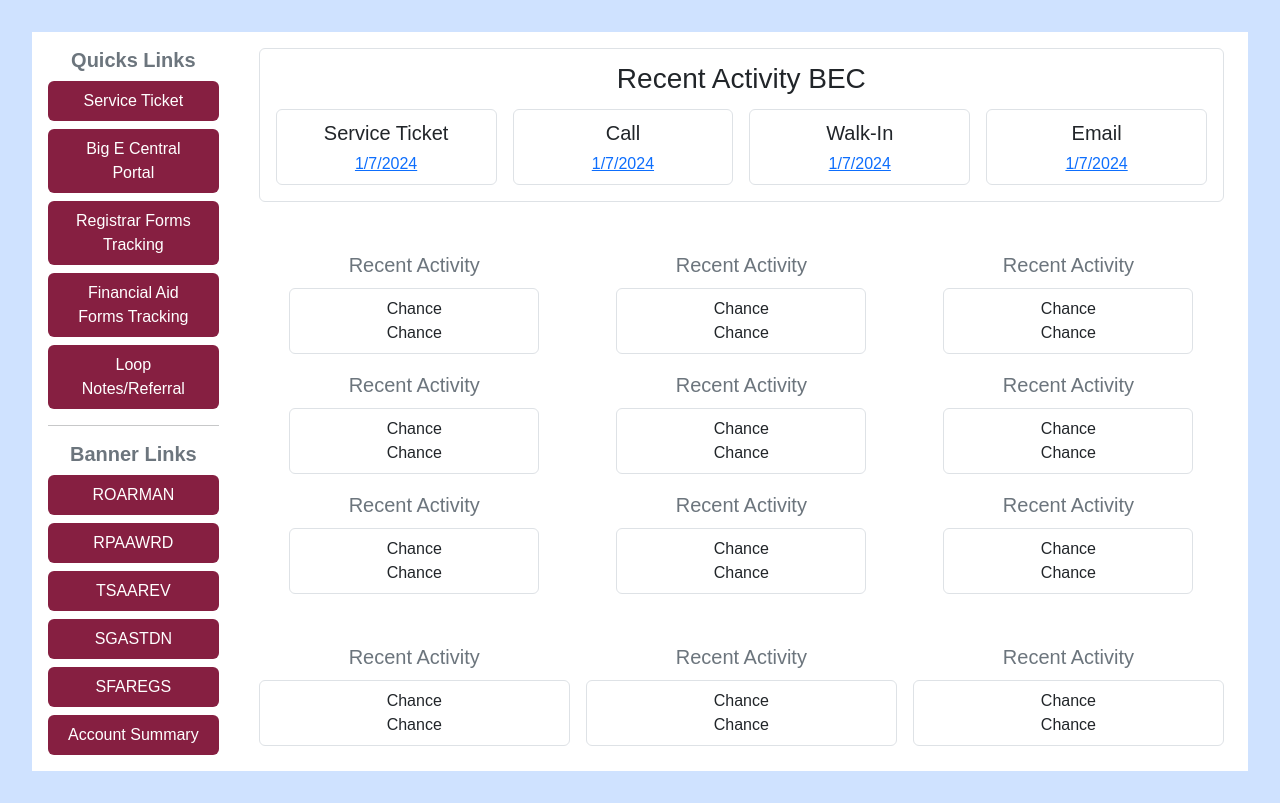
Repository: chancellor-w-whitaker/bec-tab
Page: /
The author's editor kept a copy of each file at every save. The page is drawn from the files as they stood at one save, then again after the next save.
The browser window is 1280 px wide. The pictures show the whole page.
Some web fonts or font styles are not loaded; a fallback is used. The project was rebuilt for these pictures with package versions that can differ from the ones it lists, and the page was loaded fresh each time. Also part of the build but not shown: vite.config.js.

Above is the page before, as saved 2024-01-07 18:40:19.

### src/main.jsx
// Bootstrap Bundle JS
import "bootstrap/dist/js/bootstrap.bundle.min";
// Bootstrap CSS
import "bootstrap/dist/css/bootstrap.min.css";
import ReactDOM from "react-dom/client";
import React from "react";

import App from "./App.jsx";
import "./index.css";

ReactDOM.createRoot(document.getElementById("root")).render(
  <React.StrictMode>
    <App />
  </React.StrictMode>
);

### src/App.jsx
import { useEffect } from "react";

import "./App.css";

const genericSentences = [
  `It is a long established fact that a reader will be distracted by the readable content of a page when looking at its layout.`,
  `The point of using Lorem Ipsum is that it has a more-or-less normal distribution of letters, as opposed to using 'Content here, content here', making it look like readable English.`,
  `Many desktop publishing packages and web page editors now use Lorem Ipsum as their default model text, and a search for 'lorem ipsum' will uncover many web sites still in their infancy.`,
  `Various versions have evolved over the years, sometimes by accident, sometimes on purpose (injected humour and the like).`,
];

const SomeBlock = ({
  paragraph = genericSentences.slice(0, 1).map((sen) => sen),
  title = "Chancellor",
  href = "",
}) => {
  return (
    <div className="border rounded p-2 d-flex flex-column gap-1 col">
      <div className="fs-5">{title}</div>
      <a className="mb-0" href="">
        {paragraph}
      </a>
    </div>
  );
};

const useBodyBgVariant = (bgVariant = "body-tertiary") => {
  useEffect(() => {
    document.body.classList.add(`bg-${bgVariant}`);

    return () => {
      document.body.classList.remove(`bg-${bgVariant}`);
    };
  }, [bgVariant]);
};

const Card = ({
  children = (
    <>
      <div>Chance</div>
      <div>Chance</div>
    </>
  ),
  title = "Recent Activity",
  width = 250,
}) => {
  return (
    <>
      <div className="d-flex flex-column gap-2 text-center" style={{ width }}>
        <div className="fs-5 text-secondary fw-medium">{title}</div>
        <div className="p-2 border rounded bg-white">{children}</div>
      </div>
    </>
  );
};

const NavItem = ({ href = "https://www.eku.edu/", ...rest }) => {
  return (
    <li className="nav-item">
      <a
        style={{ backgroundColor: "#861f41" }}
        className="nav-link active"
        aria-current="page"
        rel="noreferrer"
        target="_blank"
        href={href}
        {...rest}
      ></a>
    </li>
  );
};

const Sidebar = () => {
  return (
    <>
      <div className="sidebar col-md-3 col-lg-2 p-3 bg-white">
        <div className="d-flex flex-column text-center">
          <div className="fs-5 mb-2 lh-sm fw-semibold text-secondary">
            Quicks Links
          </div>
          <ul className="nav nav-pills flex-column gap-2">
            <NavItem>Service Ticket</NavItem>
            <NavItem>Big E Central Portal</NavItem>
            <NavItem>Registrar Forms Tracking</NavItem>
            <NavItem>Financial Aid Forms Tracking</NavItem>
            <NavItem>Loop Notes/Referral</NavItem>
          </ul>
        </div>
        <hr></hr>
        <div className="d-flex flex-column text-center">
          <div className="fs-5 mb-2 lh-sm fw-semibold text-secondary">
            Banner Links
          </div>
          <ul className="nav nav-pills flex-column gap-2">
            <NavItem>ROARMAN</NavItem>
            <NavItem>RPAAWRD</NavItem>
            <NavItem>TSAAREV</NavItem>
            <NavItem>SGASTDN</NavItem>
            <NavItem>SFAREGS</NavItem>
            <NavItem>Account Summary</NavItem>
          </ul>
        </div>
      </div>
    </>
  );
};

const Main = () => {
  return (
    <>
      <div className="col-md-9 ms-sm-auto col-lg-10 px-md-4 py-3 bg-white">
        <div className="d-flex flex-column gap-5">
          {/* <div className="text-bg-light p-2"></div> */}
          {/* <Card width={"auto"}></Card> */}
          <div className="rounded border text-center p-3 d-flex flex-column gap-3">
            <div className="fs-3 lh-1">Recent Activity BEC</div>
            <div className="d-flex gap-3 flex-wrap">
              <SomeBlock
                title={"Service Ticket"}
                paragraph={"1/7/2024"}
              ></SomeBlock>
              <SomeBlock paragraph={"1/7/2024"} title={"Call"}></SomeBlock>
              <SomeBlock paragraph={"1/7/2024"} title={"Walk-In"}></SomeBlock>
              <SomeBlock paragraph={"1/7/2024"} title={"Email"}></SomeBlock>
            </div>
          </div>
          <div className="d-flex flex-row flex-wrap justify-content-around gap-3">
            <Card></Card>
            <Card></Card>
            <Card></Card>
            <Card></Card>
            <Card></Card>
            <Card></Card>
            <Card></Card>
            <Card></Card>
            <Card></Card>
          </div>
          <div className="d-flex flex-row gap-3">
            <Card width="100%"></Card>
            <Card width="100%"></Card>
            <Card width="100%"></Card>
          </div>
        </div>
      </div>
    </>
  );
};

const App = () => {
  useBodyBgVariant("primary-subtle");

  return (
    <div className="container-fluid">
      <div className="row">
        <Sidebar></Sidebar>
        <Main></Main>
      </div>
    </div>
  );
};

export default App;

### src/index.css
@font-face {
  font-family: poppins;
  font-style: normal;
  font-weight: 400;
  src: local("Poppins"),
    url(https://fonts.cdnfonts.com/s/16009/Poppins-Regular.woff) format("woff");
}
@font-face {
  font-family: poppins;
  font-style: normal;
  font-weight: 400;
  src: local("Poppins"),
    url(https://fonts.cdnfonts.com/s/16009/Poppins-Regular.woff) format("woff");
}
@font-face {
  font-family: poppins;
  font-style: italic;
  font-weight: 400;
  src: local("Poppins"),
    url(https://fonts.cdnfonts.com/s/16009/Poppins-Italic.woff) format("woff");
}
@font-face {
  font-family: poppins;
  font-style: italic;
  font-weight: 400;
  src: local("Poppins"),
    url(https://fonts.cdnfonts.com/s/16009/Poppins-Italic.woff) format("woff");
}
@font-face {
  font-family: poppins;
  font-style: normal;
  font-weight: 250;
  src: local("Poppins"),
    url(https://fonts.cdnfonts.com/s/16009/Poppins-Thin.woff) format("woff");
}
@font-face {
  font-family: poppins;
  font-style: normal;
  font-weight: 250;
  src: local("Poppins"),
    url(https://fonts.cdnfonts.com/s/16009/Poppins-Thin.woff) format("woff");
}
@font-face {
  font-family: poppins;
  font-style: italic;
  font-weight: 250;
  src: local("Poppins"),
    url(https://fonts.cdnfonts.com/s/16009/Poppins-ThinItalic.woff)
      format("woff");
}
@font-face {
  font-family: poppins;
  font-style: italic;
  font-weight: 250;
  src: local("Poppins"),
    url(https://fonts.cdnfonts.com/s/16009/Poppins-ThinItalic.woff)
      format("woff");
}
@font-face {
  font-family: poppins;
  font-style: normal;
  font-weight: 275;
  src: local("Poppins"),
    url(https://fonts.cdnfonts.com/s/16009/Poppins-ExtraLight.woff)
      format("woff");
}
@font-face {
  font-family: poppins;
  font-style: normal;
  font-weight: 275;
  src: local("Poppins"),
    url(https://fonts.cdnfonts.com/s/16009/Poppins-ExtraLight.woff)
      format("woff");
}
@font-face {
  font-family: poppins;
  font-style: italic;
  font-weight: 275;
  src: local("Poppins"),
    url(https://fonts.cdnfonts.com/s/16009/Poppins-ExtraLightItalic.woff)
      format("woff");
}
@font-face {
  font-family: poppins;
  font-style: italic;
  font-weight: 275;
  src: local("Poppins"),
    url(https://fonts.cdnfonts.com/s/16009/Poppins-ExtraLightItalic.woff)
      format("woff");
}
@font-face {
  font-family: poppins;
  font-style: normal;
  font-weight: 300;
  src: local("Poppins"),
    url(https://fonts.cdnfonts.com/s/16009/Poppins-Light.woff) format("woff");
}
@font-face {
  font-family: poppins;
  font-style: normal;
  font-weight: 300;
  src: local("Poppins"),
    url(https://fonts.cdnfonts.com/s/16009/Poppins-Light.woff) format("woff");
}
@font-face {
  font-family: poppins;
  font-style: italic;
  font-weight: 300;
  src: local("Poppins"),
    url(https://fonts.cdnfonts.com/s/16009/Poppins-LightItalic.woff)
      format("woff");
}
@font-face {
  font-family: poppins;
  font-style: italic;
  font-weight: 300;
  src: local("Poppins"),
    url(https://fonts.cdnfonts.com/s/16009/Poppins-LightItalic.woff)
      format("woff");
}
@font-face {
  font-family: poppins;
  font-style: normal;
  font-weight: 500;
  src: local("Poppins"),
    url(https://fonts.cdnfonts.com/s/16009/Poppins-Medium.woff) format("woff");
}
@font-face {
  font-family: poppins;
  font-style: normal;
  font-weight: 500;
  src: local("Poppins"),
    url(https://fonts.cdnfonts.com/s/16009/Poppins-Medium.woff) format("woff");
}
@font-face {
  font-family: poppins;
  font-style: italic;
  font-weight: 500;
  src: local("Poppins"),
    url(https://fonts.cdnfonts.com/s/16009/Poppins-MediumItalic.woff)
      format("woff");
}
@font-face {
  font-family: poppins;
  font-style: italic;
  font-weight: 500;
  src: local("Poppins"),
    url(https://fonts.cdnfonts.com/s/16009/Poppins-MediumItalic.woff)
      format("woff");
}
@font-face {
  font-family: poppins;
  font-style: normal;
  font-weight: 600;
  src: local("Poppins"),
    url(https://fonts.cdnfonts.com/s/16009/Poppins-SemiBold.woff) format("woff");
}
@font-face {
  font-family: poppins;
  font-style: normal;
  font-weight: 600;
  src: local("Poppins"),
    url(https://fonts.cdnfonts.com/s/16009/Poppins-SemiBold.woff) format("woff");
}
@font-face {
  font-family: poppins;
  font-style: italic;
  font-weight: 600;
  src: local("Poppins"),
    url(https://fonts.cdnfonts.com/s/16009/Poppins-SemiBoldItalic.woff)
      format("woff");
}
@font-face {
  font-family: poppins;
  font-style: italic;
  font-weight: 600;
  src: local("Poppins"),
    url(https://fonts.cdnfonts.com/s/16009/Poppins-SemiBoldItalic.woff)
      format("woff");
}
@font-face {
  font-family: poppins;
  font-style: normal;
  font-weight: 700;
  src: local("Poppins"),
    url(https://fonts.cdnfonts.com/s/16009/Poppins-Bold.woff) format("woff");
}
@font-face {
  font-family: poppins;
  font-style: normal;
  font-weight: 700;
  src: local("Poppins"),
    url(https://fonts.cdnfonts.com/s/16009/Poppins-Bold.woff) format("woff");
}
@font-face {
  font-family: poppins;
  font-style: italic;
  font-weight: 700;
  src: local("Poppins"),
    url(https://fonts.cdnfonts.com/s/16009/Poppins-BoldItalic.woff)
      format("woff");
}
@font-face {
  font-family: poppins;
  font-style: italic;
  font-weight: 700;
  src: local("Poppins"),
    url(https://fonts.cdnfonts.com/s/16009/Poppins-BoldItalic.woff)
      format("woff");
}
@font-face {
  font-family: poppins;
  font-style: normal;
  font-weight: 800;
  src: local("Poppins"),
    url(https://fonts.cdnfonts.com/s/16009/Poppins-ExtraBold.woff)
      format("woff");
}
@font-face {
  font-family: poppins;
  font-style: normal;
  font-weight: 800;
  src: local("Poppins"),
    url(https://fonts.cdnfonts.com/s/16009/Poppins-ExtraBold.woff)
      format("woff");
}
@font-face {
  font-family: poppins;
  font-style: italic;
  font-weight: 800;
  src: local("Poppins"),
    url(https://fonts.cdnfonts.com/s/16009/Poppins-ExtraBoldItalic.woff)
      format("woff");
}
@font-face {
  font-family: poppins;
  font-style: italic;
  font-weight: 800;
  src: local("Poppins"),
    url(https://fonts.cdnfonts.com/s/16009/Poppins-ExtraBoldItalic.woff)
      format("woff");
}
@font-face {
  font-family: poppins;
  font-style: normal;
  font-weight: 900;
  src: local("Poppins"),
    url(https://fonts.cdnfonts.com/s/16009/Poppins-Black.woff) format("woff");
}
@font-face {
  font-family: poppins;
  font-style: normal;
  font-weight: 900;
  src: local("Poppins"),
    url(https://fonts.cdnfonts.com/s/16009/Poppins-Black.woff) format("woff");
}
@font-face {
  font-family: poppins;
  font-style: italic;
  font-weight: 900;
  src: local("Poppins"),
    url(https://fonts.cdnfonts.com/s/16009/Poppins-BlackItalic.woff)
      format("woff");
}
@font-face {
  font-family: poppins;
  font-style: italic;
  font-weight: 900;
  src: local("Poppins"),
    url(https://fonts.cdnfonts.com/s/16009/Poppins-BlackItalic.woff)
      format("woff");
}

:root,
[data-bs-theme="light"] {
  --bs-font-sans-serif: "Poppins", sans-serif;

  --bs-box-shadow: 0px 3px 3px -2px rgba(0, 0, 0, 0.2),
    0px 3px 4px 0px rgba(0, 0, 0, 0.14), 0px 1px 8px 0px rgba(0, 0, 0, 0.12);
  --bs-box-shadow-sm: 0px 3px 1px -2px rgba(0, 0, 0, 0.2),
    0px 2px 2px 0px rgba(0, 0, 0, 0.14), 0px 1px 5px 0px rgba(0, 0, 0, 0.12);
  --bs-box-shadow-lg: 0px 2px 4px -1px rgba(0, 0, 0, 0.2),
    0px 4px 5px 0px rgba(0, 0, 0, 0.14), 0px 1px 10px 0px rgba(0, 0, 0, 0.12);
}

Loaded but not shown: index.html (common file); src/App.css (common file)

After the next save:
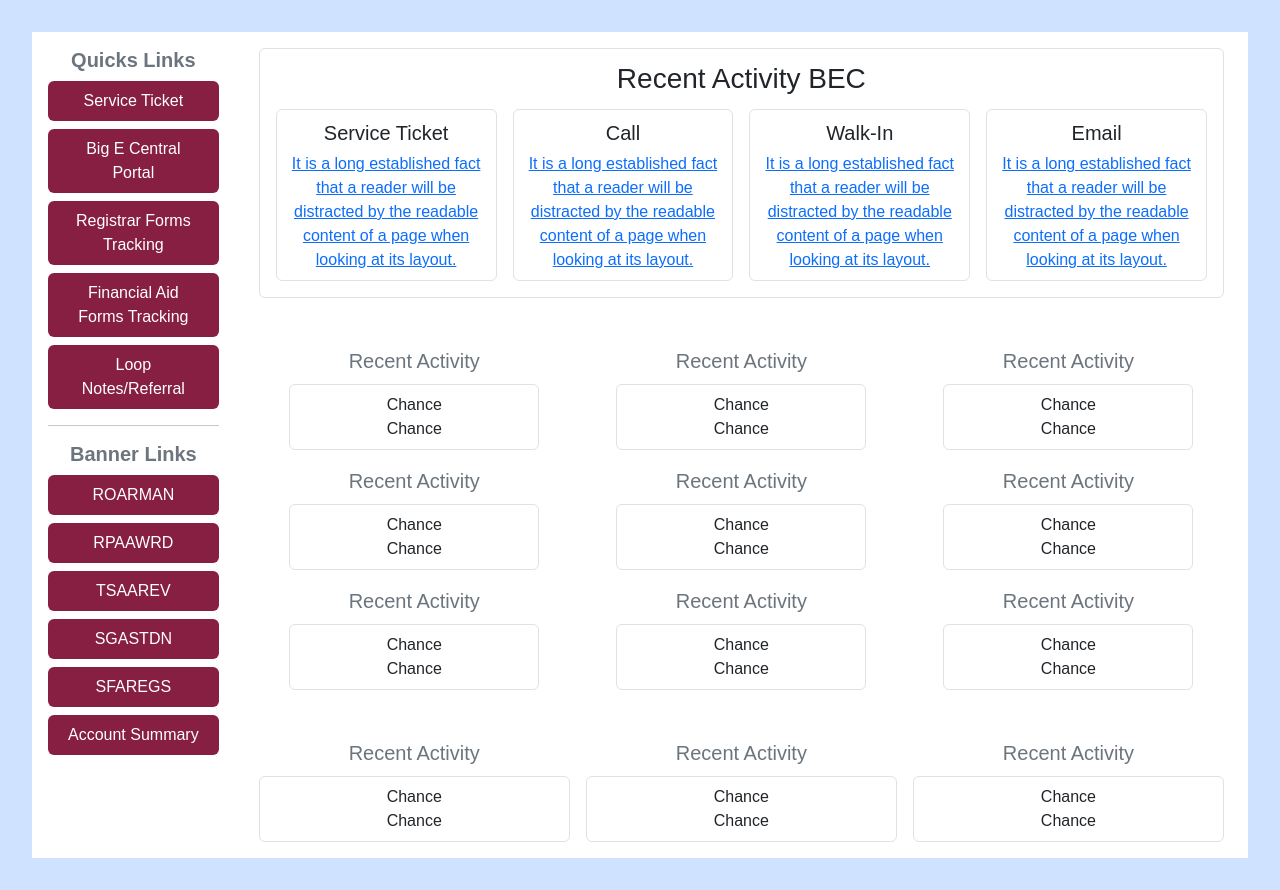
Saved 6 s later.
--- a/src/App.jsx
+++ b/src/App.jsx
@@ -115,13 +115,10 @@ const Main = () => {
           <div className="rounded border text-center p-3 d-flex flex-column gap-3">
             <div className="fs-3 lh-1">Recent Activity BEC</div>
             <div className="d-flex gap-3 flex-wrap">
-              <SomeBlock
-                title={"Service Ticket"}
-                paragraph={"1/7/2024"}
-              ></SomeBlock>
-              <SomeBlock paragraph={"1/7/2024"} title={"Call"}></SomeBlock>
-              <SomeBlock paragraph={"1/7/2024"} title={"Walk-In"}></SomeBlock>
-              <SomeBlock paragraph={"1/7/2024"} title={"Email"}></SomeBlock>
+              <SomeBlock title={"Service Ticket"} date={"1/7/2024"}></SomeBlock>
+              <SomeBlock date={"1/7/2024"} title={"Call"}></SomeBlock>
+              <SomeBlock date={"1/7/2024"} title={"Walk-In"}></SomeBlock>
+              <SomeBlock date={"1/7/2024"} title={"Email"}></SomeBlock>
             </div>
           </div>
           <div className="d-flex flex-row flex-wrap justify-content-around gap-3">

After the save that followed:
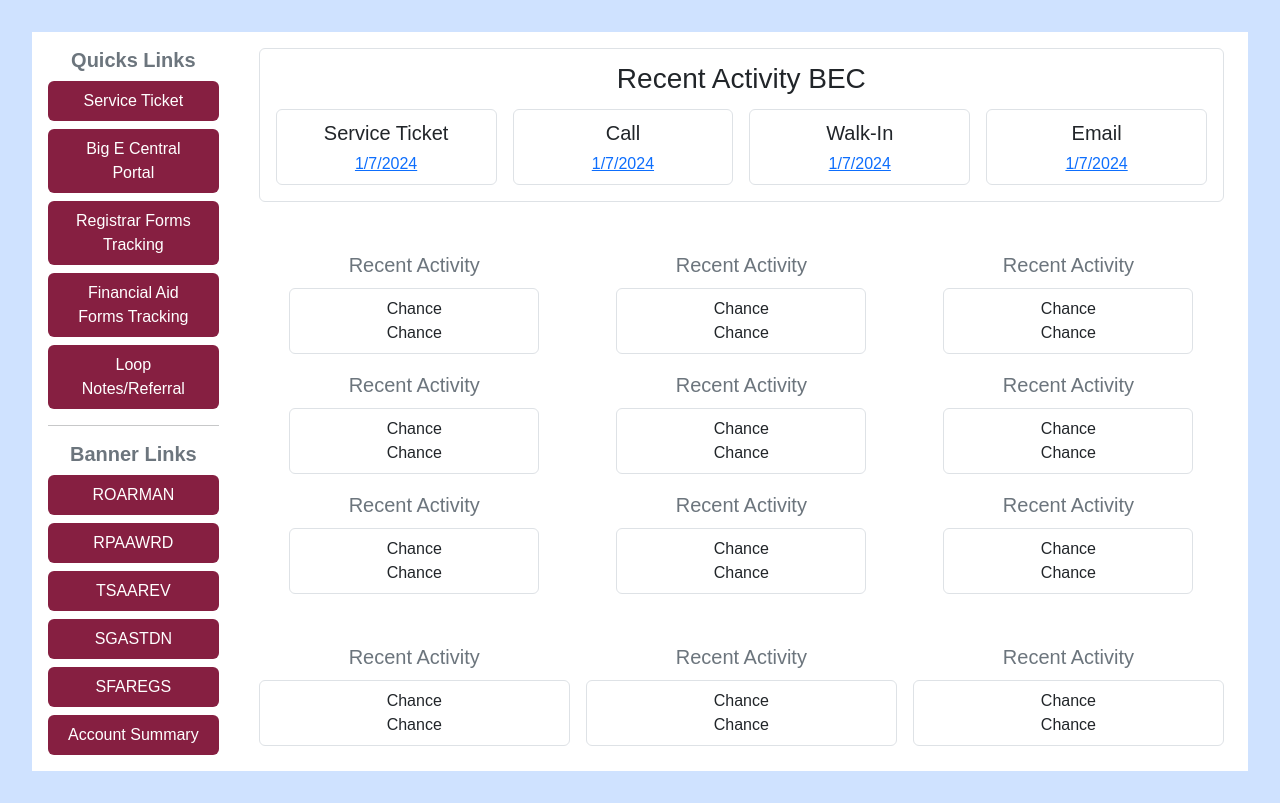
Saved 11 s later.
--- a/src/App.jsx
+++ b/src/App.jsx
@@ -13,12 +13,13 @@ const SomeBlock = ({
   paragraph = genericSentences.slice(0, 1).map((sen) => sen),
   title = "Chancellor",
   href = "",
+  date,
 }) => {
   return (
     <div className="border rounded p-2 d-flex flex-column gap-1 col">
       <div className="fs-5">{title}</div>
       <a className="mb-0" href="">
-        {paragraph}
+        {date}
       </a>
     </div>
   );
